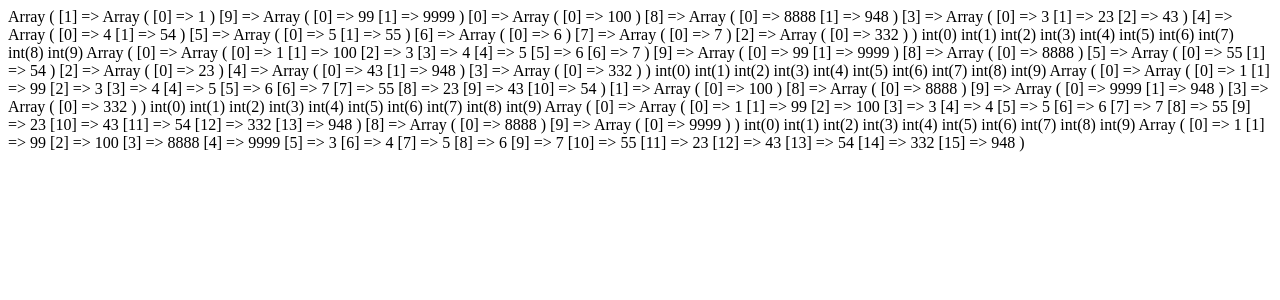
Repository: wangying713/algo
Page: http://localhost/13_sorts/RadixSort.php
The author's editor kept a copy of each file at every save. The page is drawn from the files as they stood at one save, then again after the next save.
The browser window is 1280 px wide. The pictures show the whole page.
The page is run by PHP 8.4 with error messages shown; the project is at /var/www/html/.

Above is the page before, as saved 2020-02-21 17:35:44.

After the next save:
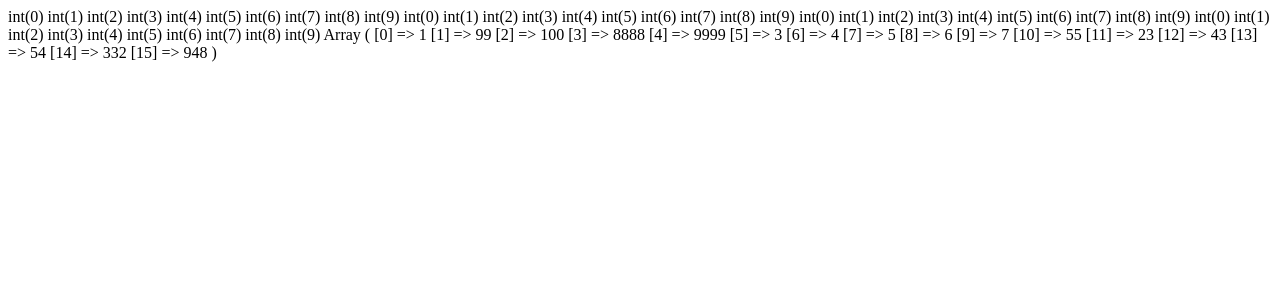
Saved 15 s later.
--- a/13_sorts/RadixSort.php
+++ b/13_sorts/RadixSort.php
@@ -28,7 +28,6 @@ class RadixSort
             $buckets[$index][] = $arr[$i];
         }
 
-        print_r($buckets);
         $k = 0;
         for ($i = 0; $i < 10; $i++) {
             var_dump($i);
